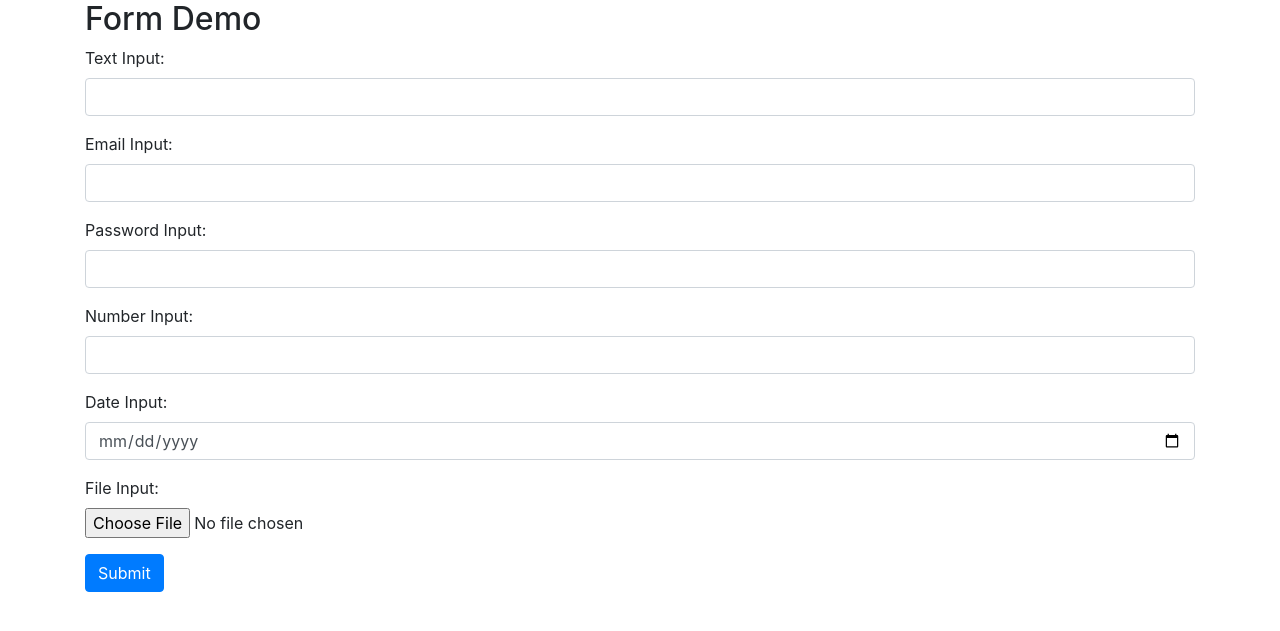
Repository: sakshishinde23/ISS-Assignment
Page: ClientSideProgramming/FormDemo/public/index.html
An editor plug-in stored every save of this project. The page is shown before and after the next save, followed by the edit.
The browser window is 1280 px wide. The pictures show the whole page.

Above is the page before, as saved 2024-06-13 06:50:25.

After the next save:
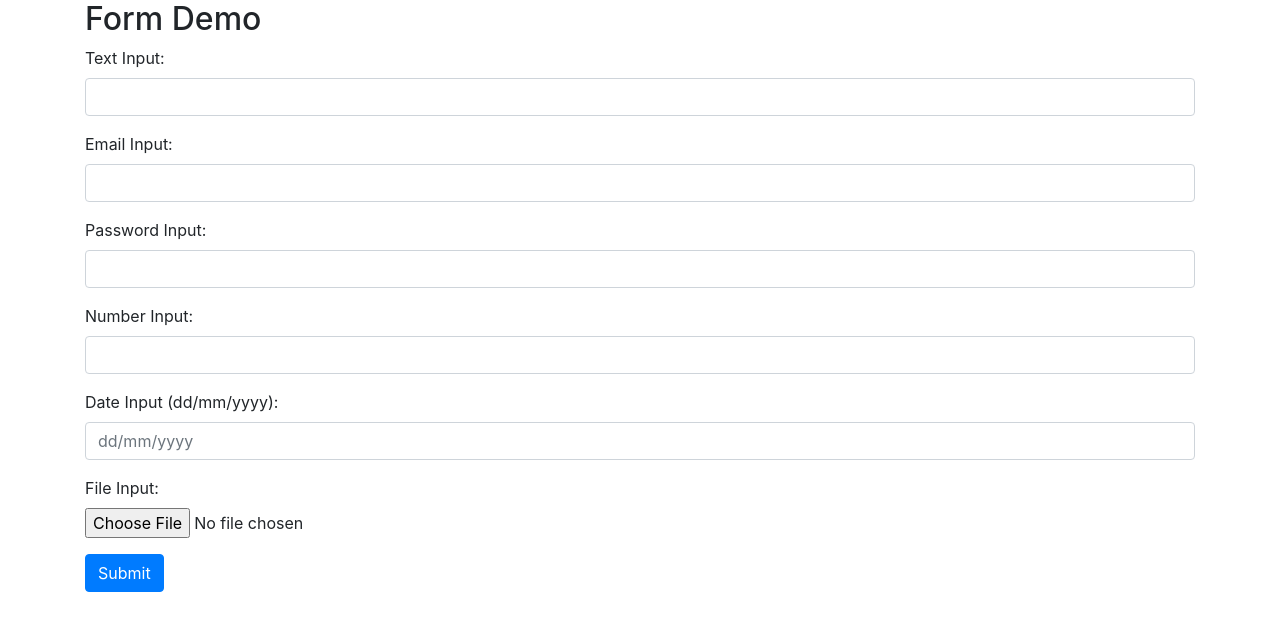
Saved 4 min 14 s later.
--- a/ClientSideProgramming/FormDemo/public/index.html
+++ b/ClientSideProgramming/FormDemo/public/index.html
@@ -36,9 +36,9 @@
                 <div class="invalid-feedback">Please enter a number.</div>
             </div>
             <div class="form-group">
-                <label for="dateInput">Date Input:</label>
-                <input type="date" class="form-control" id="dateInput" required>
-                <div class="invalid-feedback">Please enter a date.</div>
+                <label for="dateInput">Date Input (dd/mm/yyyy):</label>
+                <input type="text" class="form-control" id="dateInput" placeholder="dd/mm/yyyy" required>
+                <div class="invalid-feedback">Please enter a date in dd/mm/yyyy format.</div>
             </div>
             <div class="form-group">
                 <label for="fileInput">File Input:</label>
